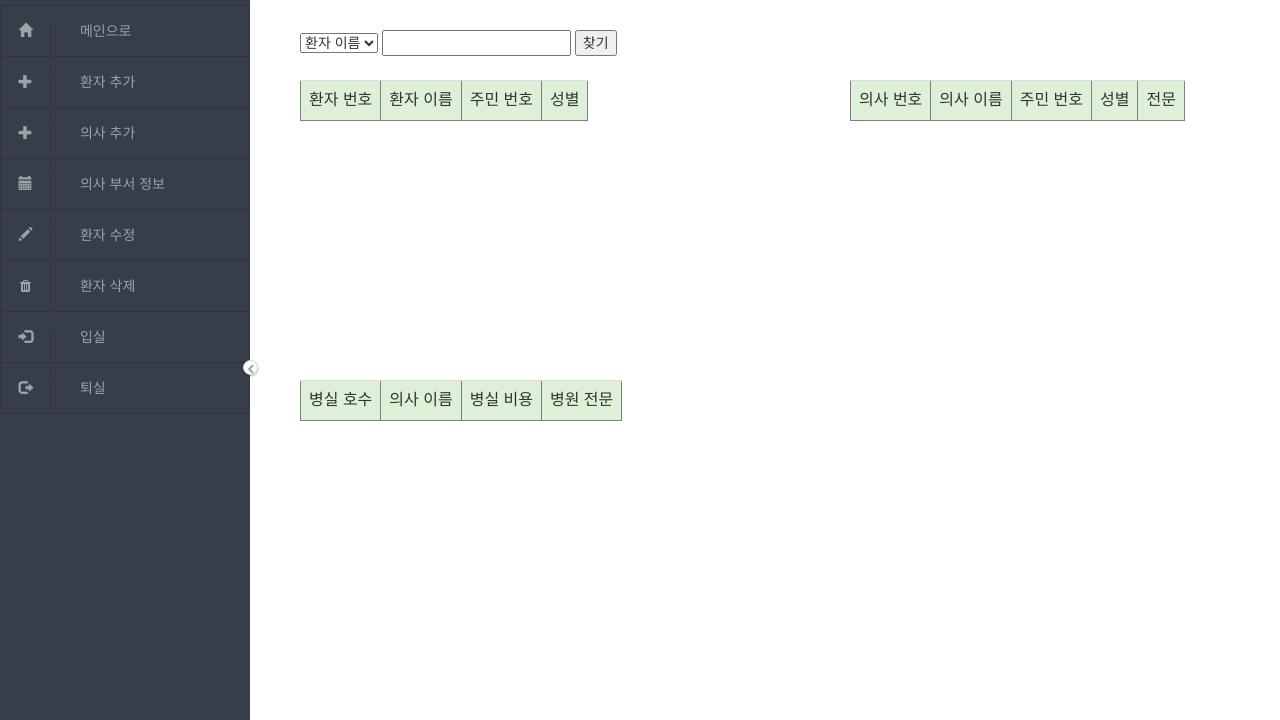
Repository: qaws1134/Hospital_manager
Page: http://localhost/project/main.jsp
These files come from the project's save history. The page is drawn as it stood at one moment and after the next save; the edit follows.
The browser window is 1280 px wide. The pictures show the whole page.
Some web libraries are served in a nearby version. The page is served by Tomcat 9. Other server files are loaded and not shown. The template is opened directly, without the code that normally fills it, so the values that code supplies are empty.

Above is the page before, as saved 2017-12-09 16:43:02.
Console error (its wording comes from the project's code and is left out).

### project/WebContent/main.jsp
<%@ page language="java" contentType="text/html; charset=UTF-8"
    pageEncoding="UTF-8"%>
<%@ taglib uri="http://java.sun.com/jsp/jstl/core" prefix="c" %>

<html lang="kr">
	<head>

	<meta http-equiv="Content-Type" content="text/html" charset="UTF-8">
	<title>http://www.blueb.co.kr</title>
<link rel="stylesheet" href="http://netdna.bootstrapcdn.com/font-awesome/4.3.0/css/font-awesome.min.css">
<!-- 합쳐지고 최소화된 최신 CSS -->
<link rel="stylesheet" href="https://maxcdn.bootstrapcdn.com/bootstrap/3.3.2/css/bootstrap.min.css">
<!-- 부가적인 테마 -->
<link rel="stylesheet" href="https://maxcdn.bootstrapcdn.com/bootstrap/3.3.2/css/bootstrap-theme.min.css">

<!-- 합쳐지고 최소화된 최신 자바스크립트 -->
<script src="https://maxcdn.bootstrapcdn.com/bootstrap/3.3.2/js/bootstrap.min.js"></script>

<style type="text/css">
input[type="checkbox"]#menu_state {
  display: none;
}
input[type="checkbox"]:checked ~ nav {
  width: 250px;
}
input[type="checkbox"]:checked ~ nav label[for="menu_state"] i::before {
  content: "\f053";
}
input[type="checkbox"]:checked ~ nav ul {
  width: 100%;
}
input[type="checkbox"]:checked ~ nav ul li a i {
  border-right: 1px solid #2f343e;
}
input[type="checkbox"]:checked ~ nav ul li a span {
  opacity: 1;
  transition: opacity 0.25s ease-in-out;
}
input[type="checkbox"]:checked ~ main {
  left: 250px;
}
nav {
  position: fixed;
  z-index: 9;
  top: 0;
  left: 0;
  bottom: 0;
  background: #383e49;
  color: #9aa3a8;
  width: 50px;
  font-family: 'Montserrat', sans-serif;
  font-weight: lighter;
  transition: all 0.15s ease-in-out;
}
nav label[for="menu_state"] i {
  cursor: pointer;
  position: absolute;
  top: 50%;
  right: -8px;
  box-shadow: 0 1px 3px rgba(0,0,0,0.12), 0 1px 2px rgba(0,0,0,0.24);
  background: #fff;
  font-size: 10px;
  display: flex;
  justify-content: center;
  align-items: center;
  height: 15px;
  width: 15px;
  border-radius: 50%;
  border: 1px solid #ddd;
  transition: width 0.15s ease-in-out;
  z-index: 1;
}
nav label[for="menu_state"] i::before {
  margin-top: 2px;
  content: "\f054";
}
nav label[for="menu_state"] i:hover {
  box-shadow: 0 10px 20px rgba(0,0,0,0.19), 0 6px 6px rgba(0,0,0,0.23);
}
nav ul {
  overflow: hidden;
  display: block;
  width: 50px;
  list-style-type: none;
  padding: 0;
  margin: 0;
}
nav ul li {
  border: 1px solid #2f343e;
  position: relative;
}
nav ul li.unread:after {
  content: attr(data-content);
  position: absolute;
  top: 10px;
  left: 25px;
  display: flex;
  justify-content: center;
  align-items: center;
  width: 15px;
  height: 15px;
  border-radius: 50%;
  color: #fff;
  background: #ef5952;
  font-size: 8px;
}
nav ul li:not(:last-child) {
  border-bottom: none;
}
nav ul li.active a {
  background: #4c515d;
  color: #fff;
}
nav ul li a {
  position: relative;
  display: block;
  white-space: nowrap;
  text-decoration: none;
  color: #9aa3a8;
  height: 50px;
  width: 100%;
  transition: all 0.15s ease-in-out;
}
nav ul li a:hover {
  background: #4c515d;
  color: #fff;
}
nav ul li a * {
  height: 100%;
  display: inline-block;
}
nav ul li a i {
  text-align: center;
  width: 50px;
  z-index: 999999;
}
nav ul li a i.fa {
  line-height: 50px;
}
nav ul li a span {
  padding-left: 25px;
  opacity: 0;
  line-height: 50px;
  transition: opacity 0.1s ease-in-out;


}

</style>
</head>

<body>
<input type="checkbox" id="menu_state" checked>
<nav>
	<label for="menu_state"><i class="fa"></i></label>
	<ul>
    <li>
      <a href="main.do">
        <i class="glyphicon glyphicon-home"></i>
        <span>메인으로</span>   <!--환자 대기 목록,병실 목록 및 현황-->
      </a>
    </li>
		<li>
			<a href="P_addui.do">
				<i class="glyphicon glyphicon-plus"></i>
				<span>환자 추가</span>
			</a>
		</li>
		<li>
			<a href="D_addui.do">
				<i class="glyphicon glyphicon-plus"></i>
				<span>의사 추가</span>
			</a>
		</li>

		<li>
			<a href="D_clsif.do">
				<i class="glyphicon glyphicon-calendar"></i>
				<span>의사 부서 정보</span>
			</a>
		</li>

		<li>
			<a href="cristal.do">
				<i class="glyphicon glyphicon-pencil"></i>
				<span>환자 수정</span>
			</a>
		</li>
		<li>
			<a href="delsel.do">
				<i class="fa fa-trash"></i>
				<span>환자 삭제</span>
			</a>
		</li>
      <li>
      <a href="insel.do">
        <i class="glyphicon glyphicon-log-in"></i>
        <span>입실</span>
      </a>
    </li>
        <li>
      <a href="javascript:void(0)">
        <i class="glyphicon glyphicon-log-out"></i>
        <span>퇴실</span>
      </a>
    </li>
	</ul>
</nav>
<section style="position:absolute; top:30px;left:300px">
<form action="search.do">
	<select name ="searchName"size ="1">
		<option value="p_name">환자 이름</option>
		<option value="d_name">의사 이름</option>
		<option value="d_cls">병원 종류</option>
	</select>
	<input type="text" name="searchValue"  >
	<input type="submit"  value="찾기">
</form>
</section>

<!-- 환자 정보	 -->
<section style="position:absolute; top:80px;left:300px">
      <table border="1" class="table table-striped">
      	<tr  class="success">
      		<td>환자 번호</td>
      		<td>환자 이름</td>
      		<td>주민 번호</td>
      		<td>성별</td>
      	</tr>

      	<c:forEach items="${P_list}" var="dto">
	      	<tr>
	      		<td>${dto.p_NUM}</td>
	      		<td>${dto.p_NAME}</td>
	      		<td>${dto.p_PERNUM}</td>
	      		<td>${dto.p_GENDER }</td>
	      	</tr>
		</c:forEach>
      </table>
</section>
<!-- 의사 정보 -->
<section style="position:absolute; top:80px;left:850px">
     <table border="1" class="table table-striped">
      	<tr  class="success">
      		<td>의사 번호</td>
      		<td>의사 이름</td>
      		<td>주민 번호</td>
      		<td>성별</td>
      		<td>전문</td>
      	</tr>


      	<c:forEach items="${D_list}" var="dto">
	      	<tr>
	      		<td>${dto.d_NUM}</td>
	      		<td>${dto.d_NAME}</td>
	      		<td>${dto.d_PERNUM}</td>
	      		<td>${dto.d_GENDER }</td>
	      		<td>${dto.d_CLS}</td>
	      	</tr>
		</c:forEach>
      </table>
</section>

<!-- 병실 정보 -->
<section style="position:absolute; top:380px;left:300px">
      <table border="1" class="table table-striped">
      	<tr  class="success">
      		<td>병실 호수</td>
      		<td>의사 이름</td>
      		<td>병실 비용</td>
  			<td>병원 전문</td>


      	</tr>

      	<c:forEach items="${D_inshow}" var="dto">
	      	<tr>
	      		<td>${dto.h_NUM}호</td>
	      		<td>${dto.d_NAME}</td>
	      		<td>${dto.h_COST}</td>
	      		<td>${dto.d_CLS}</td>
	      	</tr>
		</c:forEach>
      </table>
</section>

<!--
<section style="position:absolute; top:400px;left:300px">
     <table border="1">
		<tr>
      	<c:forEach items="${D_list}" var="dto">
	      		<td>${dto.d_NUM}</td>
	      		<td>${dto.d_NAME}</td>
	      		<td>${dto.d_PERNUM}</td>
	      		<td>${dto.d_GENDER }</td>
	      		<td>${dto.d_CLS}</td>
		</c:forEach>
		</tr>
		<tr>
      	<c:forEach items="${D_list}" var="dto">
	      		<td>${dto.d_NUM}</td>
	      		<td>${dto.d_NAME}</td>
	      		<td>${dto.d_PERNUM}</td>
	      		<td>${dto.d_GENDER }</td>
	      		<td>${dto.d_CLS}</td>
		</c:forEach>
		</tr>
		<tr>
      	<c:forEach items="${D_list}" var="dto">
	      		<td>${dto.d_NUM}</td>
	      		<td>${dto.d_NAME}</td>
	      		<td>${dto.d_PERNUM}</td>
	      		<td>${dto.d_GENDER }</td>
	      		<td>${dto.d_CLS}</td>
		</c:forEach>
		</tr>
      </table>
</section>
-->



</body>
</html>

After the next save:
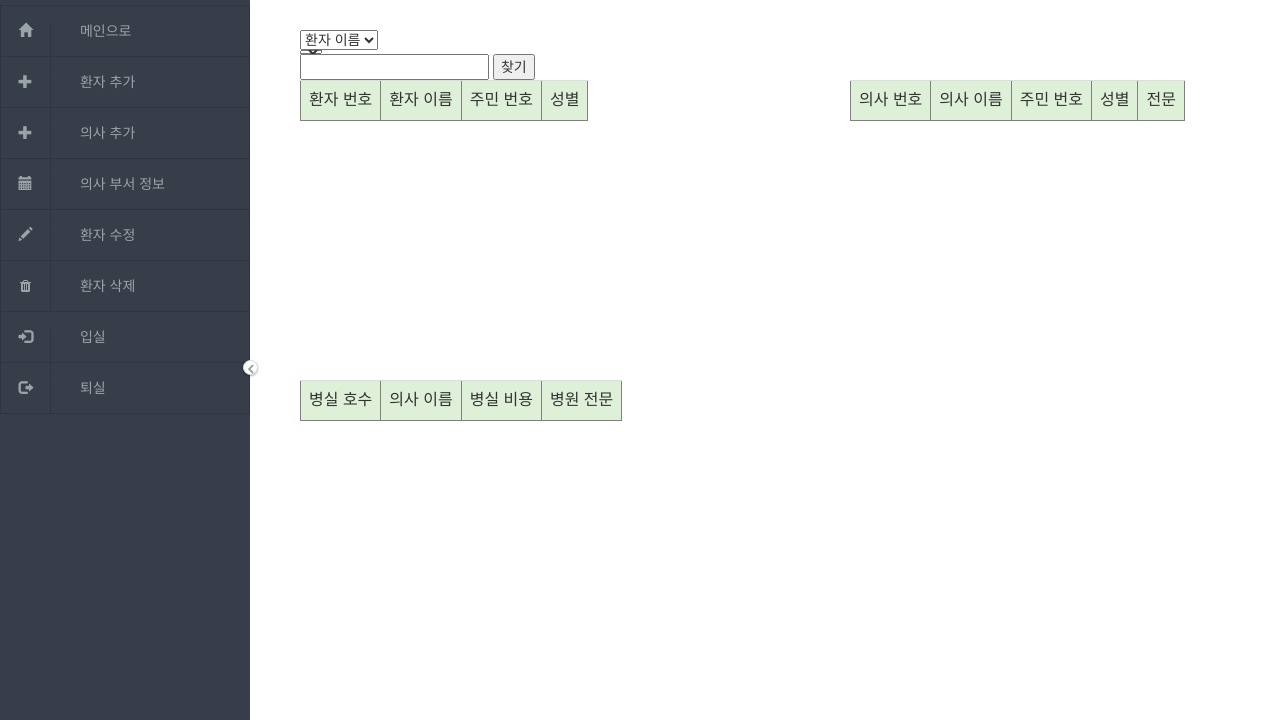
Saved 49 s later.
--- a/project/WebContent/main.jsp
+++ b/project/WebContent/main.jsp
@@ -213,6 +213,15 @@ nav ul li a span {
 		<option value="d_name">의사 이름</option>
 		<option value="d_cls">병원 종류</option>
 	</select>
+
+
+	 <div class="input-group-btn">
+   	<select name ="searchName"size ="1">
+		<option value="p_name">환자 이름</option>
+		<option value="d_name">의사 이름</option>
+		<option value="d_cls">병원 종류</option>
+	</select>
+  	</div>
 	<input type="text" name="searchValue"  >
 	<input type="submit"  value="찾기">
 </form>
